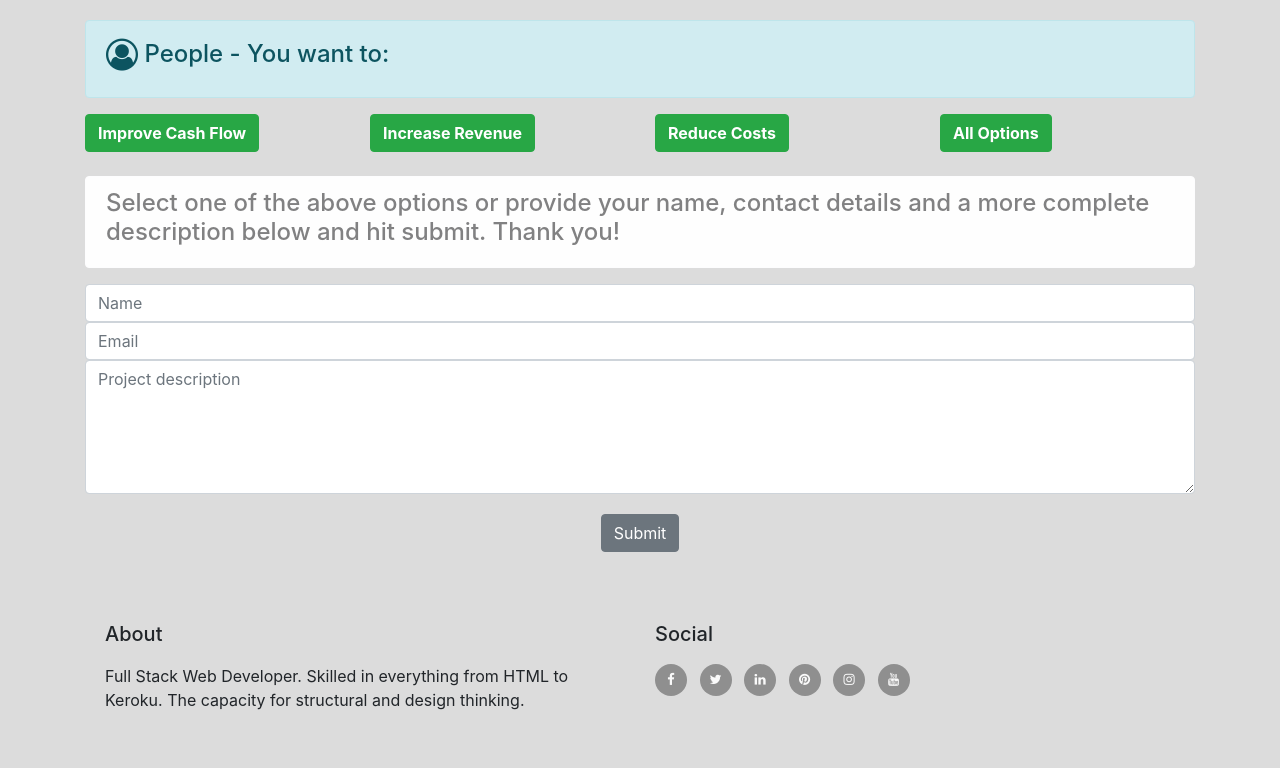
Repository: Code-Institute-Submissions/tenerim-milestone1
Page: People.html
The author's editor kept a record of every edit. The page is drawn from the files as they stood at one moment, then again after the next edit.
The browser window is 1280 px wide. The pictures show the whole page.

Above is the page before.

### People.html
<!DOCTYPE html>
<html lang="en">

<head>
    <meta charset="UTF-8">
    <meta name="viewport" content="width=device-width, initial-scale=1.0">
    <meta http-equiv="X-UA-Compatible" content="ie=edge">
    <link rel="stylesheet" href="https://stackpath.bootstrapcdn.com/bootstrap/4.3.1/css/bootstrap.min.css" type="text/css" />
    <link href="https://stackpath.bootstrapcdn.com/bootstrap/4.3.1/css/bootstrap.min.css" rel="stylesheet" integrity="sha384-ggOyR0iXCbMQv3Xipma34MD+dH/1fQ784/j6cY/iJTQUOhcWr7x9JvoRxT2MZw1T" crossorigin="anonymous">
    <link rel="stylesheet" href="https://stackpath.bootstrapcdn.com/font-awesome/4.7.0/css/font-awesome.min.css" type="text/css" />
    <link href="https://stackpath.bootstrapcdn.com/font-awesome/4.7.0/css/font-awesome.min.css" rel="stylesheet" integrity="sha384-wvfXpqpZZVQGK6TAh5PVlGOfQNHSoD2xbE+QkPxCAFlNEevoEH3Sl0sibVcOQVnN" crossorigin="anonymous">
    <link rel="stylesheet" href="assets/css/style.css" type="text/css" />
    <title>MT Milestone Project 1</title>

</head>

<!-------------------------------------------------------------People -->

<body>

    <section id="People" ;>

        <div class="container">

            <div class="row">
                <div class="col-sm-12">
                    <div class="alert alert-info" role="alert">
                        <h4 class="alert-heading"><i class="fa fa-user-circle-o fa-lg" aria-hidden="true"></i> People - You want to:</h4>
                    </div>
                </div>
            </div>

            <div class="row">

                <div class="col-sm-3">
                    <button type="button" class="btn btn-success"><a href="#" class="alert-link">Improve Cash Flow</a></button> <br />
                </div>
                <div class="col-sm-3">
                    <button type="button" class="btn btn-success"><a href="#" class="alert-link">Increase Revenue</a></button> <br />
                </div>
                <div class="col-sm-3">
                    <button type="button" class="btn btn-success"><a href="#" class="alert-link">Reduce Costs</a></button> <br />
                </div>
                <div class="col-sm-3">
                    <button type="button" class="btn btn-success"><a href="#" class="alert-link">All Options</a></button> <br /> <br />
                </div>
            </div>

            <div class="alert alert-light" role="alert">
                <h4 class="alert-heading">Select one of the above options or provide your name, contact details and a more complete description below and hit submit. Thank you!</h4>
            </div>

            <div class="center-form">
                <form>
                    <input type="text" name="name" id="fullname" class="form-control" placeholder="Name" required />
                    <input type="email" name="email" id="emailaddress" class="form-control" placeholder="Email" required />
                    <textarea rows="5" name="projectsummary" id="projectsummary" class="form-control" placeholder="Project description" required></textarea>
                    <div class="form-row text-center">
                        <div class="col">
                            <button type="submit" class="btn btn-secondary">Submit</button>
                        </div>
                    </div>
                </form>
            </div>

        </div>

    </section>


    <!-------------------------------------------------------------Footer -->

    <Section id="footer" ;>

        <footer class="container">
            <div id="footer-details" class="row">
                <div class="col-sm-6">
                    <h5 class="uppercase general-sub">About</h5>
                    <p class "inline-block">
                        Full Stack Web Developer. Skilled in everything from HTML to Keroku. The capacity for structural and design thinking.</p>
                </div>


                <div class="col-sm-6">
                    <h5 class="uppercase general-sub">Social</h5>
                    <ul class="list-inline social-links">
                        <li class="list-inline-item">
                            <a target="_blank" href="#">
                            <i class="fa fa-facebook" aria-hidden="true"></i>
                            <span class="sr-only">Facebook</span>
                        </a>
                        </li>
                        <li class="list-inline-item">
                            <a target="_blank" href="#">
                            <i class="fa fa-twitter" aria-hidden="true"></i>
                            <span class="sr-only">twitter</span>
                        </a>
                        </li>
                        <li class="list-inline-item">
                            <a target="_blank" href="#">
                            <i class="fa fa-linkedin" aria-hidden="true"></i>
                            <span class="sr-only">LinkedIn</span>
                        </a>
                        </li>
                        </li>
                        <li class="list-inline-item">
                            <a target="_blank" href="#">
                            <i class="fa fa-pinterest" aria-hidden="true"></i>
                            <span class="sr-only">Pinterest</span>
                        </a>
                        </li>
                        </li>
                        <li class="list-inline-item">
                            <a target="_blank" href="#">
                            <i class="fa fa-instagram" aria-hidden="true"></i>
                            <span class="sr-only">Instagram</span>
                        </a>
                        </li>
                        </li>
                        <li class="list-inline-item">
                            <a target="_blank" href="#">
                            <i class="fa fa-youtube" aria-hidden="true"></i>
                            <span class="sr-only">YouTube</span>
                        </a>
                        </li>
                    </ul>
                </div>
            </div>

        </footer>

    </Section>

</body>

</html>

### assets/css/style.css
.container-fluid {
    background-color: rgb(220, 220, 220);
}

section {
    background-color: rgb(220, 220, 220);
    padding-top: 10px;
    padding-bottom: 10px;
}


.splash {
    background-color: rgb(192, 192, 192);
}


.display-4 {
    padding-top: 50px;
}


.lead {
    padding-bottom: 50px;
}


.headbox {
    border-radius: 25px;
    border: 2px solid #73AD21;
    padding: 10px;
    text-align: center;
    width: 200px;

}

h4 {
    color: rgb(255, 255, 255);
}


.alert-link {

color: rgb(255, 255, 255);
}

/*--------------------------------------How I Got Here-----*/

.timeline-item {
    padding: 0em 1em 1em 1em;
    border-left: 1px solid;
}

.timeline-item:before {
    content: attr(data-dates);
    left: 2.5em;
    top: 3em;
    display: block;
    font-weight: 500;
    font-size: 1em;
    color: #000099;
}

.timeline-item:after {
    width: 12px;
    height: 12px;
    display: block;
    top: -3em;
    position: relative;
    left: -23px;
    border-radius: 12px;
    content: "";
    background: #000099;
}


/*--------------------------------------How I Add Value-----*/

.values {
        font-size: 13px;
        color: #fafafa;
    }






/*--------------------------------------Contact-----*/

.contact {
  position: relative;
  text-align: center;
  color: white;
}


.top-left {
  position: absolute;
  top: 8px;
  left: 16px;
}




/*--------------------------------------Footer-----*/

.social-links {
    padding-bottom: 15px;
}

.social-links li a i {
    width: 32px;
    height: 32px;
    padding: 12px 0;
    border-radius: 50%;
    font-size: 13px;
    line-height: 7px;
    text-align: center;
    color: #fafafa;
    background: #8f8f8f;
    transition: all 0.35s ease-in-out;
    -moz-transition: all 0.35s ease-in-out;
    -webkit-transition: all 0.35s ease-in-out;
    -o-transition: all 0.35s ease-in-out;
}

.social-links li a i:hover {
    background: #e84610;
}

#footer-details {
    padding: 20px;
}


/*--------------------------------------Padding-----*/

.container
{
    padding-top: 10px;
    padding-bottom: 10px;
}

h2 {
    padding-top: 10px;
    padding-bottom: 10px
}



h3 {
    padding-top: 10px;
    padding-bottom: 10px
}



h5 {
    padding-top: 10px;
    padding-bottom: 10px
}

.fa {
    padding-top: 10px;
    padding-bottom: 10px
 }

.btn-block  {
     margin-top: 10px
    }

.text-center {
    padding-top: 20px
}

After the next edit:
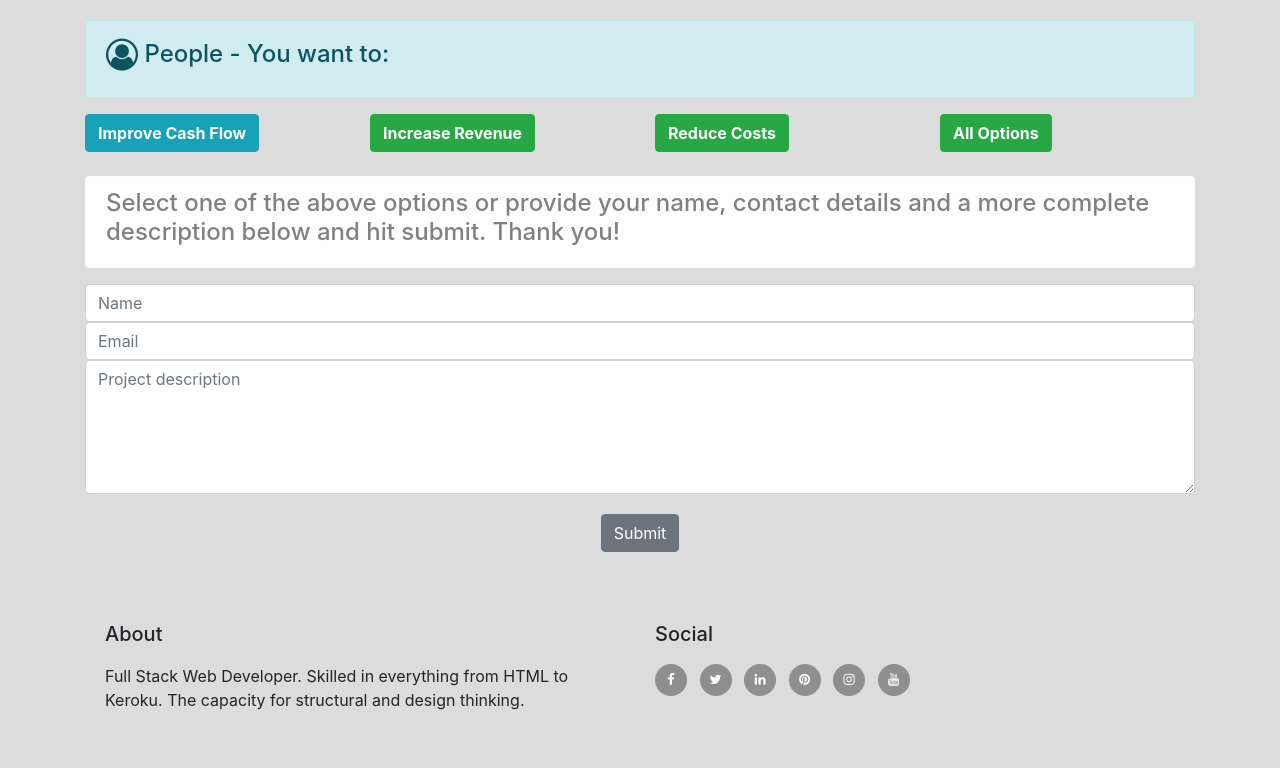
The edit:
--- a/People.html
+++ b/People.html
@@ -33,7 +33,7 @@
             <div class="row">
 
                 <div class="col-sm-3">
-                    <button type="button" class="btn btn-success"><a href="#" class="alert-link">Improve Cash Flow</a></button> <br />
+                    <button type="button" class="btn btn-info"><a href="#" class="alert-link">Improve Cash Flow</a></button> <br />
                 </div>
                 <div class="col-sm-3">
                     <button type="button" class="btn btn-success"><a href="#" class="alert-link">Increase Revenue</a></button> <br />
